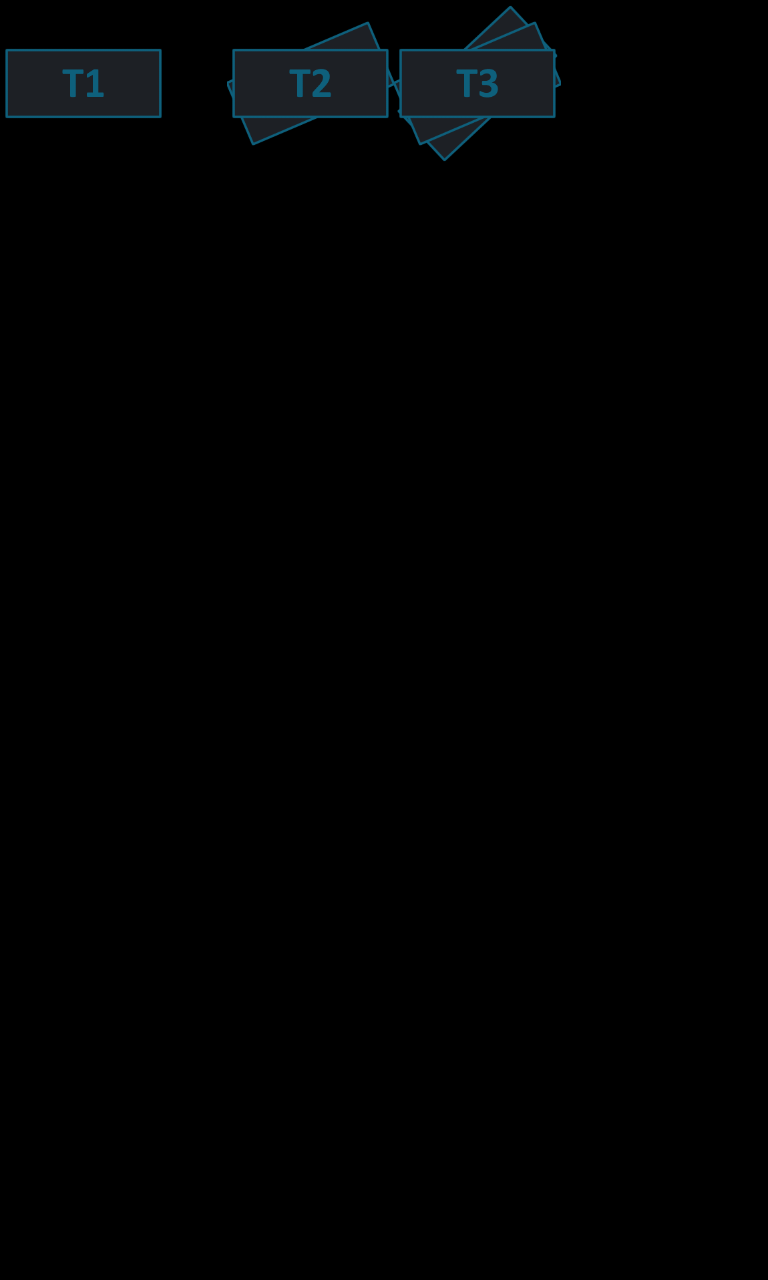
Repository: Nelspike/BusTicketer
Layout: PassengerMode/res/layout/fragment_show_tickets.xml
The author's editor kept a copy of each file at every save. The layout is drawn from the files as they stood at one save, then again after the next save.
It is drawn on a 768 x 1280 px phone screen (xhdpi) without system bars, with theme AppTheme; the app's code is not run.

Above is the layout before, as saved 2013-10-19 19:57:14.

After the next save:
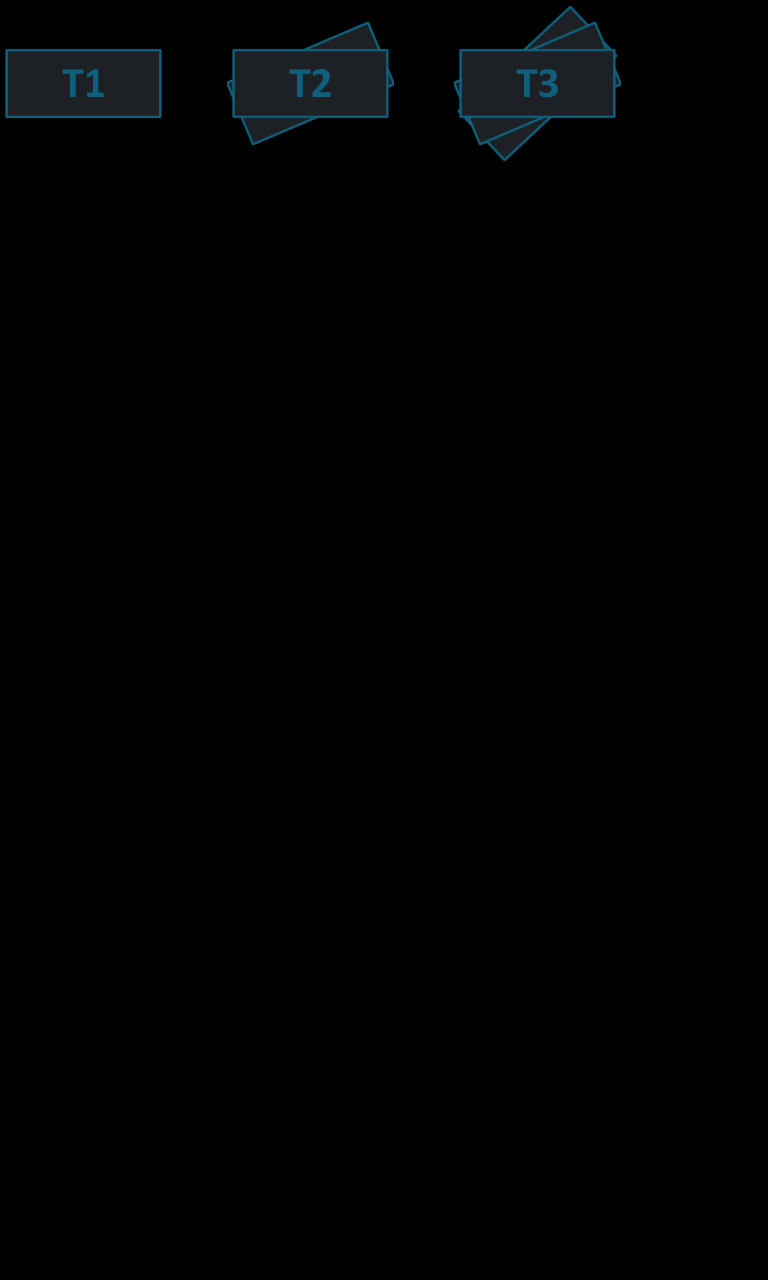
Saved 6 s later.
--- a/PassengerMode/res/layout/fragment_show_tickets.xml
+++ b/PassengerMode/res/layout/fragment_show_tickets.xml
@@ -14,10 +14,12 @@
 	        android:padding="15dp"/>
 
 	    <RadioButton
-	        android:button="@drawable/t2"/>
+	        android:button="@drawable/t2"
+	        android:padding="15dp"/>
 
 	    <RadioButton
-	        android:button="@drawable/t3"/>
+	        android:button="@drawable/t3"
+	        android:padding="15dp"/>
 
 	</RadioGroup>
 
